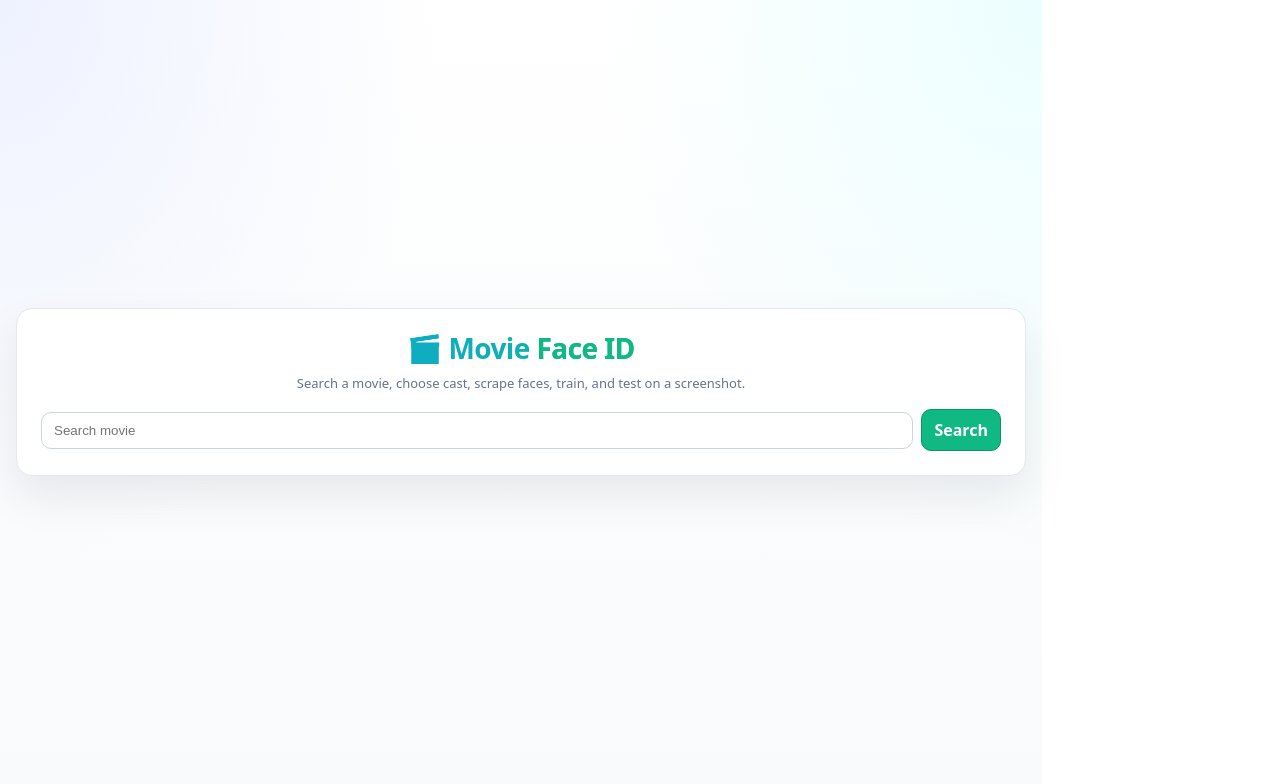
Repository: Jaybirdiix/Prosopagknows
Page: / (app in movie-face-id/client/)
An editor plug-in stored every save of this project. The page is shown before and after the next save, followed by the edit.
The browser window is 1280 px wide. The pictures show the whole page.
The project was rebuilt for these pictures with package versions that can differ from the ones it lists, and the page was loaded fresh each time. Also part of the build but not shown: movie-face-id/client/vite.config.js.

Above is the page before, as saved 2025-10-16 17:16:07.

### movie-face-id/client/src/App.jsx
import { useState, useRef, useEffect } from "react";

const API = import.meta.env.VITE_API || "http://localhost:3001";

export default function App() {
  // variables
  const [q, setQ] = useState("");
  const [results, setResults] = useState([]);
  const [movie, setMovie] = useState(null);
  const [cast, setCast] = useState({}); // {name : role}
  const [full, setFull] = useState([]);
  const [scrapeStatus, setScrapeStatus] = useState(null);
  const [trainStatus, setTrainStatus] = useState(null);

  // prediction & preview
  const [pred, setPred] = useState(null); // { ok, results:[{name, box:[x1,y1,x2,y2]}] }
  const [preview, setPreview] = useState(null); // object URL for uploaded image
  const [showJson, setShowJson] = useState(false);

  // extra (ui niceties)
  const [isSearching, setIsSearching] = useState(false);
  const [castFilter, setCastFilter] = useState("");
  const [recommendedCast, setRecommendedCast] = useState({});
  const fileInputRef = useRef(null);

  // lightweight style tokens
  const styles = {
    page: {
      minHeight: "100vh",
      background:
        "radial-gradient(70% 120% at 0% 0%, #eef2ff 0%, transparent 60%), radial-gradient(70% 120% at 100% 0%, #ecfeff 0%, transparent 60%), linear-gradient(180deg, #ffffff, #f8fafc)",
      display: "flex",
      alignItems: "center",
      justifyContent: "center",
      padding: "32px 16px",
      fontFamily: "system-ui",
      color: "#0f172a",
    },
    card: {
      width: "min(960px, 96vw)",
      background: "#ffffff",
      borderRadius: 16,
      border: "1px solid #e5e7eb",
      boxShadow: "0 20px 45px rgba(2,6,23,0.08)",
      padding: 24,
    },
    heading: {
      margin: "0 0 16px",
      fontSize: 28,
      fontWeight: 800,
      letterSpacing: "-0.02em",
      textAlign: "center",
      backgroundImage: "linear-gradient(90deg,#0ea5e9,#10b981)",
      WebkitBackgroundClip: "text",
      color: "transparent",
    },
    sub: { textAlign: "center", color: "#64748b", marginTop: -6, marginBottom: 16, fontSize: 13 },
    row: { display: "flex", gap: 8, alignItems: "center" },
    input: {
      flex: 1,
      padding: "10px 12px",
      borderRadius: 10,
      border: "1px solid #cbd5e1",
      outline: "none",
    },
    btnPrimary: {
      background: "#10b981",
      color: "#fff",
      border: "1px solid #059669",
      padding: "9px 12px",
      borderRadius: 10,
      cursor: "pointer",
      fontWeight: 600,
    },
    btn: {
      background: "#fff",
      color: "#0f172a",
      border: "1px solid #cbd5e1",
      padding: "8px 10px",
      borderRadius: 10,
      cursor: "pointer",
    },
    list: {
      marginTop: 10,
      border: "1px solid #e5e7eb",
      borderRadius: 12,
      overflow: "hidden",
      background: "#fff",
    },
    listItem: {
      display: "flex",
      justifyContent: "space-between",
      alignItems: "center",
      padding: "10px 12px",
      borderBottom: "1px solid #f1f5f9",
    },
    pill: (kind) => {
      const map = {
        idle: { bg: "#f1f5f9", fg: "#334155" },
        working: { bg: "#e7f0ff", fg: "#0b5fff" },
        done: { bg: "#e6f7ec", fg: "#0a7d2d" },
        error: { bg: "#ffe8e6", fg: "#c02626" },
      };
      const { bg, fg } = map[kind] || map.idle;
      return {
        display: "inline-flex",
        alignItems: "center",
        gap: 6,
        background: bg,
        color: fg,
        padding: "4px 10px",
        borderRadius: 999,
        fontSize: 12,
        border: "1px solid rgba(0,0,0,0.06)",
      };
    },
    grid2: { display: "grid", gridTemplateColumns: "repeat(2,1fr)", gap: 8 },
    chipRow: { display: "flex", flexWrap: "wrap", gap: 6, margin: "6px 0 8px" },
    chip: {
      display: "inline-flex",
      alignItems: "center",
      gap: 6,
      background: "#e8f7ee",
      color: "#065f46",
      padding: "4px 10px",
      borderRadius: 999,
      fontSize: 12,
      border: "1px solid #b7ebce",
    },
    drop: {
      border: "2px dashed #cbd5e1",
      borderRadius: 12,
      padding: "22px 16px",
      textAlign: "center",
      background: "#ffffff",
      cursor: "pointer",
    },
    sectionCard: {
      border: "1px solid #e5e7eb",
      borderRadius: 14,
      padding: 14,
      background: "#ffffff",
      boxShadow: "0 6px 16px rgba(2,6,23,0.04)",
      marginTop: 12,
    },
  };

  // searches for a given movie and stores a list of results in 'results'
  // (calls python api for actual function)
  async function search() {
    try {
      setIsSearching(true);
      const r = await fetch(`${API}/api/search?q=${encodeURIComponent(q)}`);
      setResults(await r.json());
    } catch (e) {
      console.error(e);
    } finally {
      setIsSearching(false);
    }
  }

  // sets the chosen movie
  // additionally, clears prediction and preview
  // (calls python api for actual function)
  async function pick(m) {
    try {
      setMovie(m);
      const r = await fetch(`${API}/api/credits/${m.id}`);
      const j = await r.json();
      // set the main cast
      setCast(j.main);
      setRecommendedCast(j.main || {});
      // set the full cast (for togglability)
      setFull(j.full);
      // clear previous prediction & preview (if they existed)
      setPred(null);
      setPreview(null);
    } catch (e) {
      console.error(e);
    }
  }

  // toggle whether or not this person is a part of the cast
  // also format nicely (titleCase)
  function toggle(name, character) {
    setCast((prev) => {
      const copy = { ...prev };
      if (copy[name]) delete copy[name];
      else copy[name] = titleCase(character || name);
      return copy;
    });
  }

  // Image scrapes !
  // (calls python api for actual function)
  async function scrape() {
    try {
      setScrapeStatus("working...");
      const r = await fetch(`${API}/api/scrape`, {
        method: "POST",
        headers: { "Content-Type": "application/json" },
        body: JSON.stringify({ movieTitle: movie?.title || "", actorDict: cast }),
      });
      setScrapeStatus(JSON.stringify(await r.json(), null, 2));
    } catch (e) {
      setScrapeStatus(`Error: ${e?.message || String(e)}`);
    }
  }

  // train model
  async function train() {
    try {
      setTrainStatus("training...");
      const r = await fetch(`${API}/api/train`, { method: "POST" });
      setTrainStatus(JSON.stringify(await r.json(), null, 2));
    } catch (e) {
      setTrainStatus(`Error: ${e?.message || String(e)}`);
    }
  }

  // make prediction
  async function predict(e) {
    const file = e.target.files[0];
    if (!file) return;

    // show the image immediately
    const url = URL.createObjectURL(file);
    setPreview(url);
    setPred(null);

    // send to backend
    const fd = new FormData();
    fd.append("image", file);
    // make prediction
    const r = await fetch(`${API}/api/predict`, { method: "POST", body: fd });
    const j = await r.json();
    setPred(j);
  }

  // avoid leaking object URLs
  useEffect(() => {
    return () => {
      if (preview) URL.revokeObjectURL(preview);
    };
  }, [preview]);

  // ------------------ UI Functions

  // debounced search on typing (manual button still works)
  useEffect(() => {
    if (!q) { setResults([]); return; }
    const id = setTimeout(() => { search(); }, 400);
    return () => clearTimeout(id);
    // eslint-disable-next-line react-hooks/exhaustive-deps
  }, [q]);

  function selectAll() {
    const next = { ...cast };
    for (const c of full) next[c.name] = titleCase(c.character || c.name);
    setCast(next);
  }

  function clearAll() {
    setCast({});
  }

  function resetRecommended() {
    setCast({ ...(recommendedCast || {}) });
  }

  function renderStatusPill(s) {
    if (!s) return null;
    const lower = String(s).toLowerCase();
    if (lower.startsWith("error")) return <span style={styles.pill("error")}>{String(s)}</span>;
    if (lower.includes("working") || lower.includes("training")) return <span style={styles.pill("working")}>Working…</span>;
    if (lower.startsWith("{") || lower.startsWith("[")) return <span style={styles.pill("done")}>Done</span>;
    return <span style={styles.pill("idle")}>{String(s)}</span>;
  }

  function onDrop(e) {
    e.preventDefault();
    const file = e.dataTransfer.files?.[0];
    if (!file) return;
    const fakeEvent = { target: { files: [file] } };
    predict(fakeEvent);
  }
  function onDragOver(e) { e.preventDefault(); }

  const filteredFull = castFilter
    ? full.filter((c) => `${c.name} ${c.character}`.toLowerCase().includes(castFilter.toLowerCase()))
    : full;
  const selectedCount = Object.keys(cast).length;

  // actual app
  return (
    <div style={styles.page}>
      <div style={styles.card}>
        <h1 style={styles.heading}>🎬 Movie <span style={{ color: "#10b981", WebkitTextFillColor: "initial" }}>Face ID</span></h1>
        <div style={styles.sub}>Search a movie, choose cast, scrape faces, train, and test on a screenshot.</div>

        <div style={{ ...styles.row, marginTop: 6 }}>
          <input
            value={q}
            onChange={(e) => setQ(e.target.value)}
            onKeyDown={(e) => e.key === "Enter" && search()}
            placeholder="Search movie"
            style={styles.input}
          />
          <button onClick={search} disabled={isSearching} style={styles.btnPrimary}>
            {isSearching ? "Searching…" : "Search"}
          </button>
        </div>

        {results.length > 0 && (
          <div style={styles.list}>
            {results.slice(0, 10).map((m, i) => (
              <div key={m.id} style={{ ...styles.listItem, borderBottom: i === results.slice(0,10).length - 1 ? "none" : styles.listItem.borderBottom }}>
                <div>
                  <div style={{ fontWeight: 700 }}>{m.title}</div>
                  <div style={{ fontSize: 12, color: "#64748b" }}>{(m.release_date || "????").slice(0, 4)}</div>
                </div>
                <button onClick={() => pick(m)} style={styles.btn}>Select</button>
              </div>
            ))}
          </div>
        )}

        {movie && (
          <>
            <h2 style={{ marginTop: 24, marginBottom: 4, fontSize: 18, fontWeight: 700 }}>{movie.title}</h2>
            <p style={{ color: "#475569", marginTop: 0 }}>Edit main cast (click to toggle):</p>

            <div style={{ ...styles.row, margin: "8px 0" }}>
              <input
                value={castFilter}
                onChange={(e) => setCastFilter(e.target.value)}
                placeholder="Filter by name or character"
                style={{ ...styles.input }}
              />
              <button onClick={resetRecommended} style={styles.btn}>Reset</button>
              <button onClick={selectAll} style={styles.btn}>Select all</button>
              <button onClick={clearAll} style={styles.btn}>Clear all</button>
            </div>

            <div style={{ marginBottom: 8, fontSize: 12, color: "#64748b" }}>
              Selected: <b>{selectedCount}</b>
            </div>

            <div style={styles.grid2}>
              {filteredFull.map((c) => {
                const selected = !!cast[c.name];
                return (
                  <button
                    key={`${c.name}-${c.character}`}
                    onClick={() => toggle(c.name, c.character)}
                    style={{
                      textAlign: "left",
                      background: selected ? "#e8f7ee" : "#ffffff",
                      color: "#111",
                      padding: 10,
                      border: selected ? "1px solid #84e1a7" : "1px solid #e5e7eb",
                      borderRadius: 12,
                      boxShadow: selected ? "inset 0 0 0 1px #b7ebce" : "0 1px 2px rgba(2,6,23,0.03)",
                    }}
                    title={selected ? "Click to remove" : "Click to add"}
                  >
                    <span style={{
                      display: "inline-flex",
                      alignItems: "center",
                      justifyContent: "center",
                      width: 20, height: 20,
                      borderRadius: 999,
                      marginRight: 8,
                      background: selected ? "#10b981" : "#e5e7eb",
                      color: selected ? "#fff" : "#111",
                      fontSize: 12,
                      fontWeight: 700
                    }}>{selected ? "✓" : "+"}</span>
                    {c.name} — <i>{c.character}</i>
                  </button>
                );
              })}
            </div>

            <h3 style={{ marginTop: 16 }}>Selected:</h3>

            {selectedCount > 0 && (
              <div style={styles.chipRow}>
                {Object.entries(cast).map(([name, role]) => (
                  <span key={name} style={styles.chip}>
                    {name} <span style={{ color: "#6b7280" }}>·</span> <i>{role}</i>
                    <button onClick={() => toggle(name, role)} title="Remove" style={{ marginLeft: 2 }}>×</button>
                  </span>
                ))}
              </div>
            )}

            <div style={styles.sectionCard}>
              <pre style={{ background: "#f8fafc", padding: 12, overflowX: "auto", borderRadius: 10, border: "1px solid #e5e7eb" }}>
                {JSON.stringify(cast, null, 2)}
              </pre>
            </div>

            <div style={{ ...styles.sectionCard }}>
              <div style={{ ...styles.row, justifyContent: "space-between" }}>
                <div style={{ fontWeight: 600 }}>Scrape Faces (SerpAPI)</div>
                <button onClick={scrape} disabled={!selectedCount} style={styles.btnPrimary}>Run</button>
              </div>
              <div style={{ marginTop: 8 }}>{renderStatusPill(scrapeStatus)}</div>
              {typeof scrapeStatus === "string" && (scrapeStatus.startsWith("{") || scrapeStatus.startsWith("[")) && (
                <details style={{ marginTop: 8 }}>
                  <summary style={{ cursor: "pointer", fontSize: 12, color: "#475569" }}>show response</summary>
                  <pre style={{ background: "#f8fafc", padding: 12, overflowX: "auto", borderRadius: 10, border: "1px solid #e5e7eb" }}>
                    {scrapeStatus}
                  </pre>
                </details>
              )}
            </div>

            <div style={{ ...styles.sectionCard }}>
              <div style={{ ...styles.row, justifyContent: "space-between" }}>
                <div style={{ fontWeight: 600 }}>Train Model</div>
                <button onClick={train} style={{ ...styles.btnPrimary, background: "#6366f1", borderColor: "#4f46e5" }}>Run</button>
              </div>
              <div style={{ marginTop: 8 }}>{renderStatusPill(trainStatus)}</div>
              {typeof trainStatus === "string" && (trainStatus.startsWith("{") || trainStatus.startsWith("[")) && (
                <details style={{ marginTop: 8 }}>
                  <summary style={{ cursor: "pointer", fontSize: 12, color: "#475569" }}>show response</summary>
                  <pre style={{ background: "#f8fafc", padding: 12, overflowX: "auto", borderRadius: 10, border: "1px solid #e5e7eb" }}>
                    {trainStatus}
                  </pre>
                </details>
              )}
            </div>

            <div style={{ marginTop: 16 }}>
              <div
                onDrop={onDrop}
                onDragOver={onDragOver}
                onClick={() => fileInputRef.current?.click()}
                style={styles.drop}
                title="Drop an image here or click to choose"
              >
                <div style={{ fontSize: 36, lineHeight: "36px" }}>🖼️</div>
                <div style={{ fontSize: 13, color: "#475569", marginTop: 6 }}>
                  <b>Drag & drop</b> a screenshot here, or click to choose a file
                </div>
              </div>

              <input
                ref={fileInputRef}
                type="file"
                accept="image/*"
                onChange={predict}
                style={{ display: "none" }}
              />

              <label style={{ display: "inline-flex", alignItems: "center", gap: 6, marginTop: 12 }}>
                <input
                  type="checkbox"
                  checked={showJson}
                  onChange={(e) => setShowJson(e.target.checked)}
                />{" "}
                show JSON
              </label>
            </div>

            {/* Raw JSON debug (optional) */}
            {showJson && pred && (
              <pre style={{ background: "#f8fafc", padding: 12, overflowX: "auto", marginTop: 12, borderRadius: 10, border: "1px solid #e5e7eb" }}>
                {JSON.stringify(pred, null, 2)}
              </pre>
            )}

            {/* Annotated preview */}
            {preview && pred?.ok && pred.results?.length > 0 && (
              <div style={{ marginTop: 16 }}>
                <AnnotatedImage src={preview} boxes={pred.results} />
              </div>
            )}
          </>
        )}
      </div>
    </div>
  );
}

function titleCase(s) {
  return s.replace(/\w\S*/g, (t) => t[0].toUpperCase() + t.slice(1).toLowerCase());
}

function AnnotatedImage({ src, boxes }) {
  const imgRef = useRef(null);
  const [dims, setDims] = useState({
    naturalWidth: 0,
    naturalHeight: 0,
    width: 0,
    height: 0,
  });

  useEffect(() => {
    const img = imgRef.current;
    if (!img) return;
    const onLoad = () => {
      // use clientWidth/Height (rendered size) and natural size (original pixels)
      setDims({
        naturalWidth: img.naturalWidth,
        naturalHeight: img.naturalHeight,
        width: img.clientWidth || img.getBoundingClientRect().width,
        height: img.clientHeight || img.getBoundingClientRect().height,
      });
    };
    if (img.complete) onLoad();
    else img.addEventListener("load", onLoad);
    return () => img.removeEventListener("load", onLoad);
  }, [src]);

  const sx = dims.naturalWidth ? dims.width / dims.naturalWidth : 1;
  const sy = dims.naturalHeight ? dims.height / dims.naturalHeight : 1;

  return (
    <div style={{ position: "relative", display: "inline-block", maxWidth: "100%" }}>
      <img
        ref={imgRef}
        src={src}
        alt="preview"
        style={{ maxWidth: "100%", display: "block", borderRadius: 12, boxShadow: "0 8px 24px rgba(2,6,23,0.08)" }}
      />

      <svg
        width={dims.width}
        height={dims.height}
        style={{ position: "absolute", top: 0, left: 0, pointerEvents: "none" }}
      >
        {boxes.map((b, i) => {
          const [x1, y1, x2, y2] = b.box;
          const x = x1 * sx;
          const y = y1 * sy;
          const w = (x2 - x1) * sx;
          const h = (y2 - y1) * sy;
          const labelY = Math.max(0, y - 24);
          const labelW = Math.max(60, (b.name?.length || 0) * 8);

          return (
            <g key={i}>
              {/* subtle shadow stroke under main box */}
              <rect x={x} y={y} width={w} height={h} fill="none" stroke="black" strokeOpacity="0.35" strokeWidth="5" />
              <rect x={x} y={y} width={w} height={h} fill="none" stroke="lime" strokeWidth="3" />
              <rect x={x} y={labelY} width={labelW} height="20" rx="6" ry="6" fill="rgba(0,0,0,0.6)" />
              <text x={x + 6} y={labelY + 14} fill="#fff" fontFamily="system-ui" fontSize="12">
                {b.name}
              </text>
            </g>
          );
        })}
      </svg>
    </div>
  );
}

Loaded but not shown: movie-face-id/client/index.html (common file); movie-face-id/client/src/main.jsx (common file); movie-face-id/client/src/index.css (common file)

After the next save:
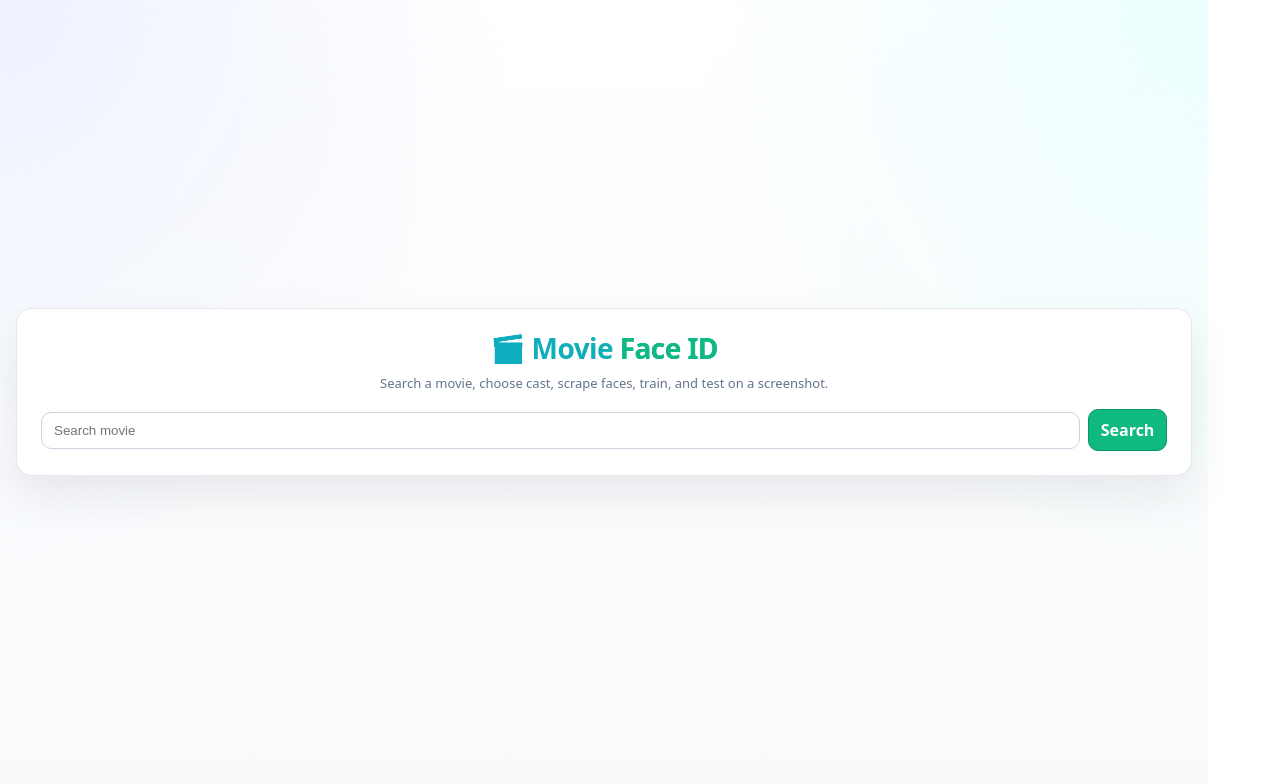
Saved 7 min 48 s later.
--- a/movie-face-id/client/src/App.jsx
+++ b/movie-face-id/client/src/App.jsx
@@ -23,26 +23,27 @@ export default function App() {
   const [recommendedCast, setRecommendedCast] = useState({});
   const fileInputRef = useRef(null);
 
-  // lightweight style tokens
+  // lightweight style tokens (centered + responsive)
   const styles = {
     page: {
       minHeight: "100vh",
       background:
         "radial-gradient(70% 120% at 0% 0%, #eef2ff 0%, transparent 60%), radial-gradient(70% 120% at 100% 0%, #ecfeff 0%, transparent 60%), linear-gradient(180deg, #ffffff, #f8fafc)",
       display: "flex",
-      alignItems: "center",
-      justifyContent: "center",
+      alignItems: "center",            // vertical centering
+      justifyContent: "center",        // horizontal centering
       padding: "32px 16px",
       fontFamily: "system-ui",
       color: "#0f172a",
     },
     card: {
-      width: "min(960px, 96vw)",
+      width: "clamp(340px, 88vw, 1200px)",  // responsive width
       background: "#ffffff",
       borderRadius: 16,
       border: "1px solid #e5e7eb",
       boxShadow: "0 20px 45px rgba(2,6,23,0.08)",
       padding: 24,
+      margin: "0 auto",
     },
     heading: {
       margin: "0 0 16px",
@@ -93,6 +94,40 @@ export default function App() {
       alignItems: "center",
       padding: "10px 12px",
       borderBottom: "1px solid #f1f5f9",
+    },
+    // responsive grid: auto-fills columns based on space
+    gridResponsive: {
+      display: "grid",
+      gridTemplateColumns: "repeat(auto-fill, minmax(260px, 1fr))",
+      gap: 10,
+    },
+    chipRow: { display: "flex", flexWrap: "wrap", gap: 6, margin: "6px 0 8px" },
+    chip: {
+      display: "inline-flex",
+      alignItems: "center",
+      gap: 6,
+      background: "#e8f7ee",
+      color: "#065f46",
+      padding: "4px 10px",
+      borderRadius: 999,
+      fontSize: 12,
+      border: "1px solid #b7ebce",
+    },
+    drop: {
+      border: "2px dashed #cbd5e1",
+      borderRadius: 12,
+      padding: "22px 16px",
+      textAlign: "center",
+      background: "#ffffff",
+      cursor: "pointer",
+    },
+    sectionCard: {
+      border: "1px solid #e5e7eb",
+      borderRadius: 14,
+      padding: 14,
+      background: "#ffffff",
+      boxShadow: "0 6px 16px rgba(2,6,23,0.04)",
+      marginTop: 12,
     },
     pill: (kind) => {
       const map = {
@@ -114,35 +149,6 @@ export default function App() {
         border: "1px solid rgba(0,0,0,0.06)",
       };
     },
-    grid2: { display: "grid", gridTemplateColumns: "repeat(2,1fr)", gap: 8 },
-    chipRow: { display: "flex", flexWrap: "wrap", gap: 6, margin: "6px 0 8px" },
-    chip: {
-      display: "inline-flex",
-      alignItems: "center",
-      gap: 6,
-      background: "#e8f7ee",
-      color: "#065f46",
-      padding: "4px 10px",
-      borderRadius: 999,
-      fontSize: 12,
-      border: "1px solid #b7ebce",
-    },
-    drop: {
-      border: "2px dashed #cbd5e1",
-      borderRadius: 12,
-      padding: "22px 16px",
-      textAlign: "center",
-      background: "#ffffff",
-      cursor: "pointer",
-    },
-    sectionCard: {
-      border: "1px solid #e5e7eb",
-      borderRadius: 14,
-      padding: 14,
-      background: "#ffffff",
-      boxShadow: "0 6px 16px rgba(2,6,23,0.04)",
-      marginTop: 12,
-    },
   };
 
   // searches for a given movie and stores a list of results in 'results'
@@ -346,7 +352,7 @@ export default function App() {
               Selected: <b>{selectedCount}</b>
             </div>
 
-            <div style={styles.grid2}>
+            <div style={styles.gridResponsive}>
               {filteredFull.map((c) => {
                 const selected = !!cast[c.name];
                 return (
@@ -501,18 +507,23 @@ function AnnotatedImage({ src, boxes }) {
   useEffect(() => {
     const img = imgRef.current;
     if (!img) return;
-    const onLoad = () => {
-      // use clientWidth/Height (rendered size) and natural size (original pixels)
+    const update = () => {
+      const rect = img.getBoundingClientRect();
       setDims({
         naturalWidth: img.naturalWidth,
         naturalHeight: img.naturalHeight,
-        width: img.clientWidth || img.getBoundingClientRect().width,
-        height: img.clientHeight || img.getBoundingClientRect().height,
+        width: rect.width,
+        height: rect.height,
       });
     };
-    if (img.complete) onLoad();
-    else img.addEventListener("load", onLoad);
-    return () => img.removeEventListener("load", onLoad);
+    if (img.complete) update();
+    else img.addEventListener("load", update);
+    const onResize = () => update();
+    window.addEventListener("resize", onResize);
+    return () => {
+      img.removeEventListener("load", update);
+      window.removeEventListener("resize", onResize);
+    };
   }, [src]);
 
   const sx = dims.naturalWidth ? dims.width / dims.naturalWidth : 1;
